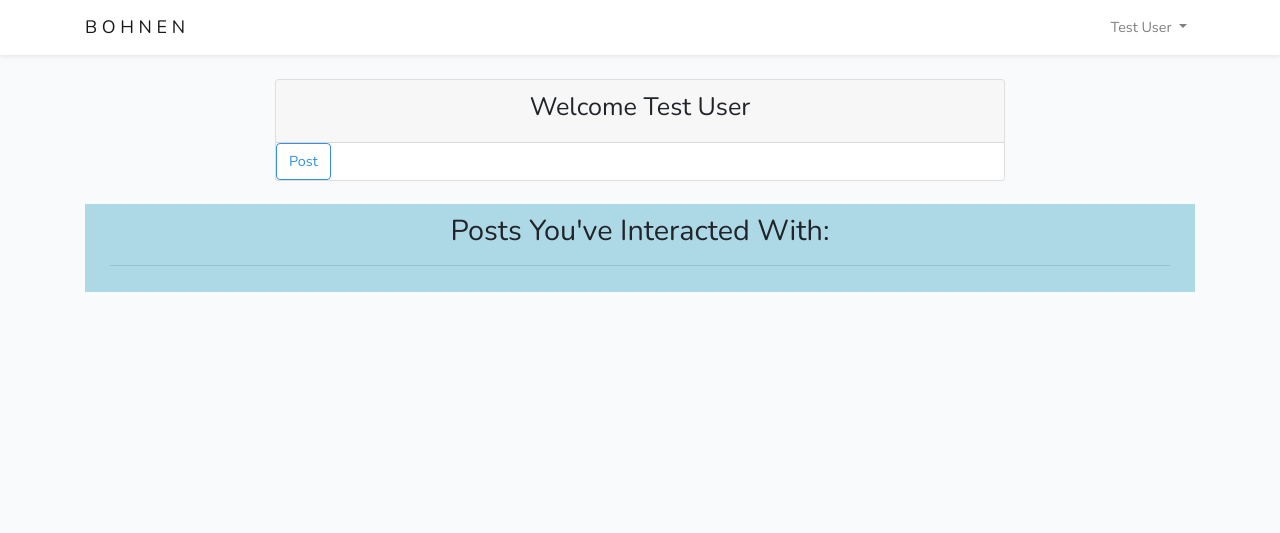
Repository: davidbohnen/BOHNEN
Page: http://localhost/home
An editor plug-in stored every save of this project. The page is shown before and after the next save, followed by the edit.
The browser window is 1280 px wide. The pictures show the whole page.
The page is served by the project's Laravel application, run on PHP 8.4 with Laravel 8. A made-up administrator, Test User (test@example.com), is signed in. Other server files are loaded and not shown.

Above is the page before, as saved 2020-05-05 22:17:02.

### routes/web.php
<?php

use Illuminate\Support\Facades\Route;

/*
|--------------------------------------------------------------------------
| Web Routes
|--------------------------------------------------------------------------
|
| Here is where you can register web routes for your application. These
| routes are loaded by the RouteServiceProvider within a group which
| contains the "web" middleware group. Now create something great!
|
*/

Route::get('/', function () {
    return view('welcome');
});

Auth::routes();

Route::get('/home', 'HomeController@index')->name('home');

Route::get('/post/create', 'PostController@create');
Route::post('/post', 'PostController@store');
Route::get('/warn', 'IndexController@warn');
Route::get('/post/{post}', 'PostController@show');

Route::get('/public', 'IndexController@public');

Route::get('/news', 'IndexController@news');


Route::get('/about', 'IndexController@about');
Route::get('/more', 'IndexController@more');
Route::get('/history', 'IndexController@history');
Route::get('/record', 'IndexController@record');
Route::get('/contact', 'IndexController@contact');
Route::get('/live', 'IndexController@live');

### app/User.php
<?php

namespace App;

use Illuminate\Contracts\Auth\MustVerifyEmail;
use Illuminate\Foundation\Auth\User as Authenticatable;
use Illuminate\Notifications\Notifiable;

class User extends Authenticatable
{
    use Notifiable;

    /**
     * The attributes that are mass assignable.
     *
     * @var array
     */
    protected $fillable = [
        'name', 'email', 'password',
    ];

    /**
     * The attributes that should be hidden for arrays.
     *
     * @var array
     */
    protected $hidden = [
        'password', 'remember_token',
    ];

    /**
     * The attributes that should be cast to native types.
     *
     * @var array
     */
    protected $casts = [
        'email_verified_at' => 'datetime',
    ];


    public function post(){
        return $this->hasMany(Post::class);
    }

}

### resources/views/home.blade.php
@extends('layouts.app')

@section('content')
<div class="container">
    <div class="row justify-content-center">
        <div class="col-md-8">
            <div class="card">
                <div class="card-header" style="text-align: center"><h3>Welcome {{ Auth::user()->name }}</h3></div>

                <div class="card-body;">
                    @if (session('status'))
                        <div class="alert alert-success" role="alert">
                            {{ session('status') }}
                        </div>
                    @endif

                <a href="/post/create" class="btn btn-outline-primary my-2 my-sm-0" >Post</a>

                </div>
            </div>
        </div>


    </div>
    <br>

    <div class="container"  class="row justify-content-center" style = "background-color:lightblue">
    <div style="text-align:center;padding:10px" >
        <h2>Posts You've Interacted With:</h2>
            <hr>
        </div>
    </div>
    </div>


@endsection

### resources/views/layouts/app.blade.php
<!doctype html>
<html lang="{{ str_replace('_', '-', app()->getLocale()) }}">
<head>
    <meta charset="utf-8">
    <meta name="viewport" content="width=device-width, initial-scale=1">

    <!-- CSRF Token -->
    <meta name="csrf-token" content="{{ csrf_token() }}">

    <title>{{ config('BOHNEN', 'B O H N E N') }}</title>


    <!-- Scripts -->
    <script src="{{ asset('js/app.js') }}" defer></script>

    <!-- Fonts -->
    <link rel="dns-prefetch" href="//fonts.gstatic.com">
    <link href="https://fonts.googleapis.com/css?family=Nunito" rel="stylesheet">

    <!-- Styles -->
    <link href="{{ asset('css/app.css') }}" rel="stylesheet">
</head>
<body>
    <div id="app">
        <nav class="navbar navbar-expand-md navbar-light bg-white shadow-sm">
            <div class="container">
                <a class="navbar-brand" href="{{ url('/') }}">
                    {{ config('BOHNEN', 'B O H N E N') }}
                </a>
                <button class="navbar-toggler" type="button" data-toggle="collapse" data-target="#navbarSupportedContent" aria-controls="navbarSupportedContent" aria-expanded="false" aria-label="{{ __('Toggle navigation') }}">
                    <span class="navbar-toggler-icon"></span>
                </button>

                <div class="collapse navbar-collapse" id="navbarSupportedContent">
                    <!-- Left Side Of Navbar -->
                    <ul class="navbar-nav mr-auto">

                    </ul>

                    <!-- Right Side Of Navbar -->
                    <ul class="navbar-nav ml-auto">
                        <!-- Authentication Links -->
                        @guest
                            <li class="nav-item">
                                <a class="nav-link" href="{{ route('login') }}">{{ __('Login') }}</a>
                            </li>
                            @if (Route::has('register'))
                                <li class="nav-item">
                                    <a class="nav-link" href="{{ route('register') }}">{{ __('Register') }}</a>
                                </li>
                            @endif
                        @else
                            <li class="nav-item dropdown">
                                <a id="navbarDropdown" class="nav-link dropdown-toggle" href="#" role="button" data-toggle="dropdown" aria-haspopup="true" aria-expanded="false" v-pre>
                                    {{ Auth::user()->name }} <span class="caret"></span>
                                </a>

                                <div class="dropdown-menu dropdown-menu-right" aria-labelledby="navbarDropdown">
                                <a class="dropdown-item" href="/home">Home

                                       </a>

                                       <a class="dropdown-item" href="/public">Public View

                                       </a>

                                    <a class="dropdown-item" href="{{ route('logout') }}"
                                       onclick="event.preventDefault();
                                                     document.getElementById('logout-form').submit();">
                                        {{ __('Logout') }}
                                    </a>

                                    <form id="logout-form" action="{{ route('logout') }}" method="POST" style="display: none;">
                                        @csrf
                                    </form>
                                </div>
                            </li>
                        @endguest
                    </ul>
                </div>
            </div>
        </nav>

        <main class="py-4">
            @yield('content')
        </main>
    </div>
</body>
</html>

Loaded but not shown: app/Http/Controllers/Auth/LoginController.php (common file); app/Http/Controllers/Controller.php (common file); app/Http/Controllers/Auth/ConfirmPasswordController.php (common file); app/Http/Controllers/HomeController.php (common file); public/css/app.css (library)

After the next save:
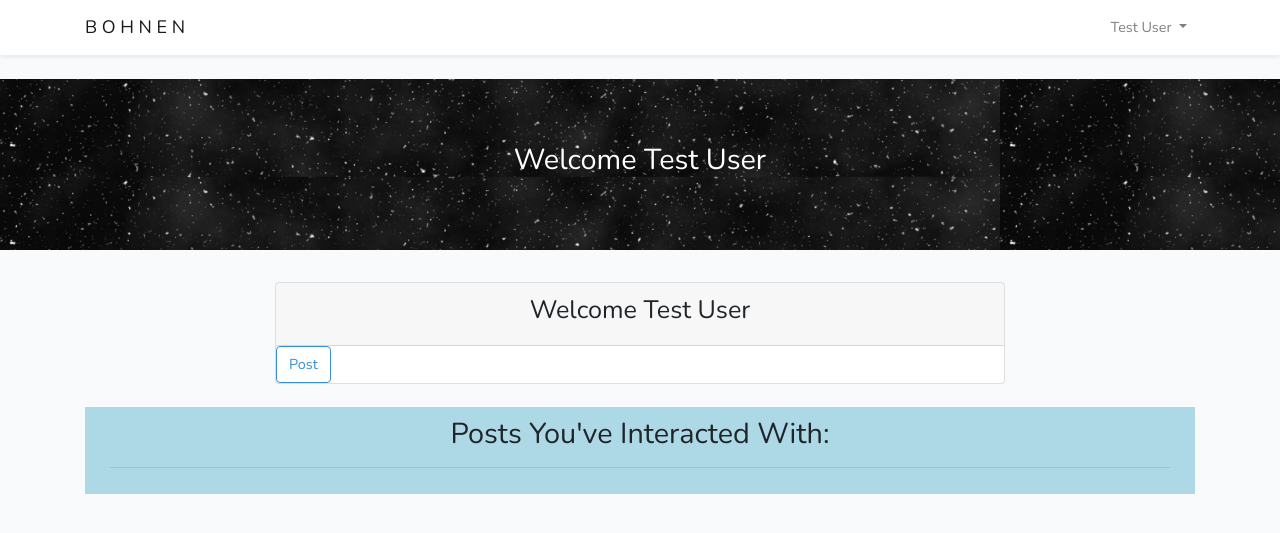
Saved 102 s later.
--- a/resources/views/home.blade.php
+++ b/resources/views/home.blade.php
@@ -1,6 +1,14 @@
 @extends('layouts.app')
 
 @section('content')
+
+<div class="jumbotron jumbotron-fluid" style= " background-image: url( images/galaback.png ) ; background-size: 1000px;">
+      <div class="container" style= "text-align: center; color: white;">
+        <h2> Welcome  {{ Auth::user()->name }}  </h2>
+
+      </div>
+    </div>
+
 <div class="container">
     <div class="row justify-content-center">
         <div class="col-md-8">
